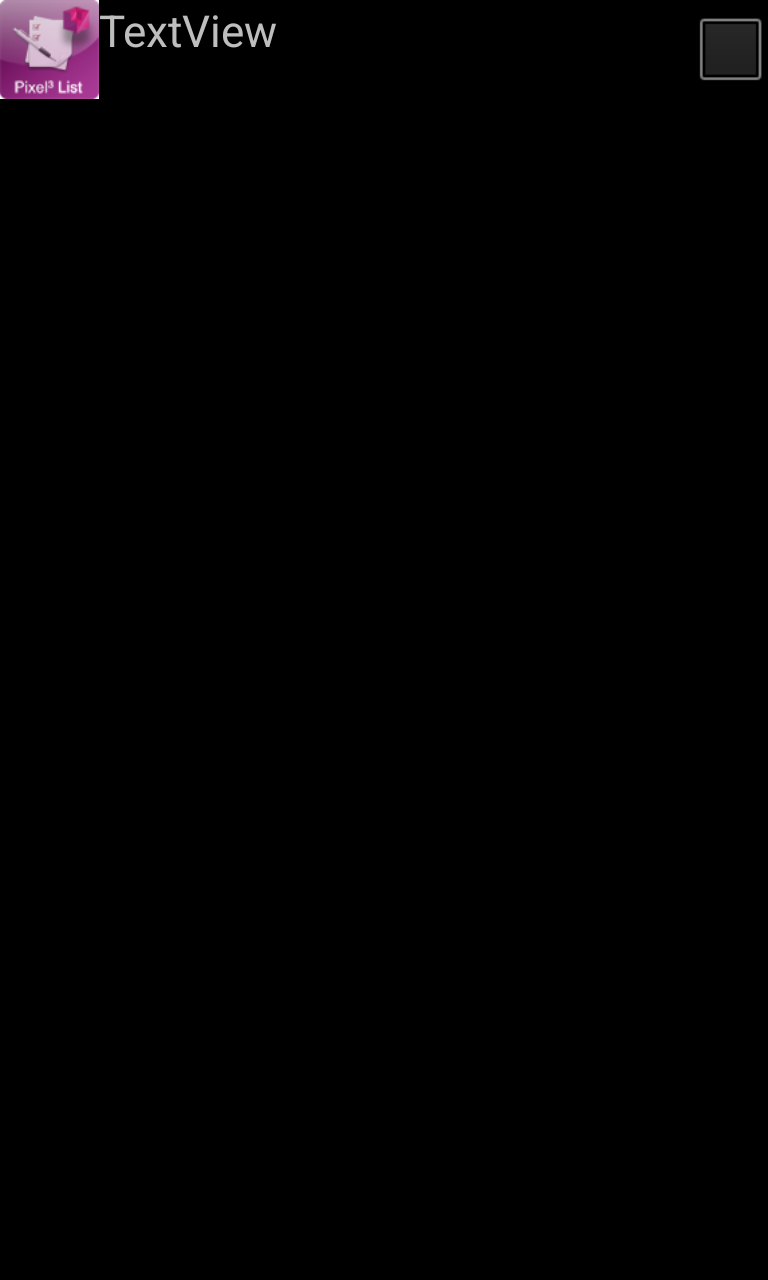
Repository: pixel3mobi/listaDigital
Layout: Pixel3List/res/layout/item.xml
An editor plug-in stored every save of this project. The layout is shown before and after the next save, followed by the edit.
It is drawn on a 768 x 1280 px phone screen (xhdpi) without system bars, with theme android:Theme; the app's code is not run.

Above is the layout before, as saved 2011-03-21 22:50:46.

After the next save:
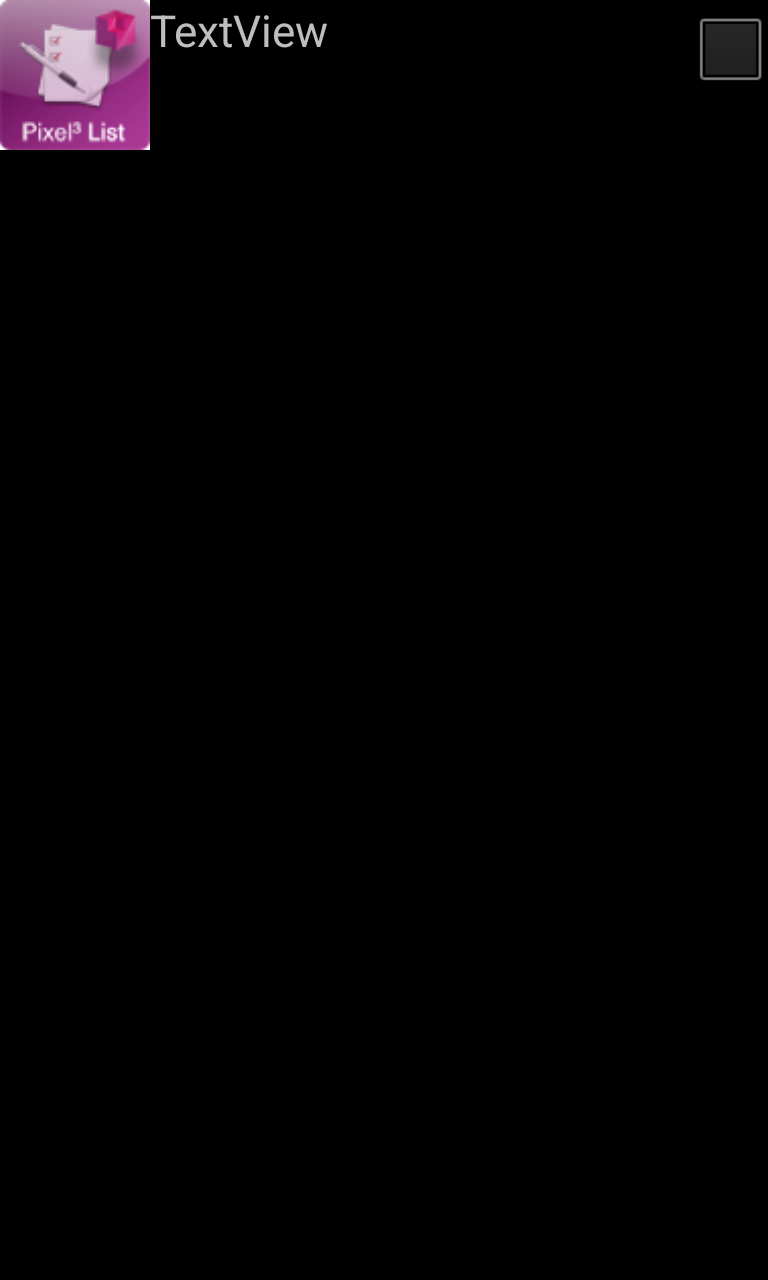
Saved 53 min 6 s later.
--- a/Pixel3List/res/layout/item.xml
+++ b/Pixel3List/res/layout/item.xml
@@ -7,8 +7,8 @@
 	<ImageView
 		android:id="@+id/fotoALuno"
 		android:src="@drawable/icon"
-		android:layout_width="wrap_content"
-		android:layout_height="wrap_content"
+		android:layout_width="75dip"
+		android:layout_height="75dip"
 		android:layout_alignParentTop="true"
 		android:layout_alignParentLeft="true">
 	</ImageView>
